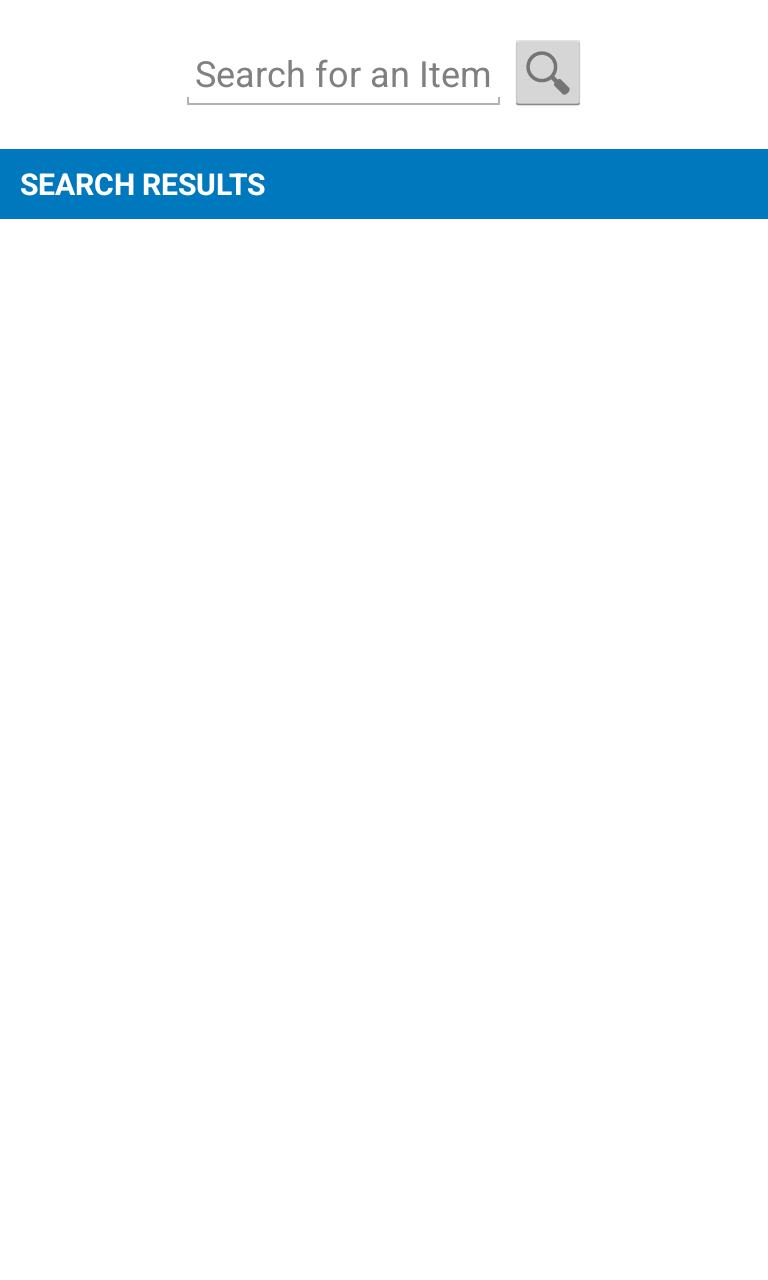
Repository: JieD/nutriy
Layout: NutriY/res/layout/fragment_add.xml
The author's editor kept a copy of each file at every save. The layout is drawn from the files as they stood at one save, then again after the next save.
It is drawn on a 768 x 1280 px phone screen (xhdpi) without system bars, with theme AppTheme; the app's code is not run.

Above is the layout before, as saved 2014-05-15 21:38:46.

### NutriY/res/layout/fragment_add.xml
<?xml version="1.0" encoding="utf-8"?>
<LinearLayout xmlns:android="http://schemas.android.com/apk/res/android"
    android:layout_width="match_parent"
    android:layout_height="match_parent"
    android:orientation="vertical" >

    <LinearLayout
        android:layout_width="wrap_content"
        android:layout_height="wrap_content"
        android:layout_marginTop="@dimen/activity_vertical_margin"
        android:layout_marginBottom="@dimen/small_vertical_margin"
        android:layout_gravity="center_horizontal">

        <EditText
            android:id="@+id/search_item"
            android:layout_width="wrap_content"
            android:layout_height="wrap_content"
            android:layout_weight="3"
            android:hint="@string/item_hint"
            android:inputType="textAutoCorrect"
            android:padding="@dimen/medium_padding" />

        <ImageButton
            android:layout_width="40dp"
            android:layout_height="match_parent"
            android:layout_gravity="center"
            android:layout_weight="1"
            android:src="@drawable/ic_action_search" />

    </LinearLayout>

    <TextView
        android:text="@string/search_results"
        android:textStyle="bold" android:textSize="@dimen/medium_text_size"
        android:textColor="@color/white" android:gravity="center_vertical"
        android:layout_width="match_parent" android:layout_height="@dimen/medium_large_entry_height"
        android:layout_marginTop="10dp" android:background="@color/my_blue"
        android:paddingLeft="@dimen/large_padding" />

</LinearLayout>

### NutriY/res/values/colors.xml
<?xml version="1.0" encoding="utf-8"?>
<resources>
    <color name="white">#FFFFFFFF</color>
    <color name="my_green">#FF00BE00</color>
    <color name="my_red">#FFFF0000</color>
    <color name="my_blue">#FF0078BE</color>

    <color name="light_blue">#FFE1EEFF</color>
    <color name="low_light_gray">#FFFAFAFA</color>
    <color name="mid_light_gray">#FFEEEEEE</color>
    <color name="text_gray">#FFAAAAAA</color>

    <color name="empty_pie_blue">#FF8FCEFF</color>
    <color name="pie_blue">#FF0078BE</color>
    <color name="pie_red">#FFFF4444</color>
    <color name="pie_green">#FF99CC00</color>

    <color name="list_background">#FFEEEEEE</color>
    <color name="list_background_pressed">#FF0078BE</color>
</resources>

### NutriY/res/values/dimens.xml
<resources>

    <!-- Default screen margins, per the Android Design guidelines. -->
    <dimen name="activity_horizontal_margin">16dp</dimen>
    <dimen name="activity_vertical_margin">16dp</dimen>
    <dimen name="small_horizontal_margin">8dp</dimen>
    <dimen name="small_vertical_margin">8dp</dimen>

    <dimen name="small_padding">5dp</dimen>
    <dimen name="medium_padding">8dp</dimen>
    <dimen name="large_padding">10dp</dimen>
    <dimen name="extra_large_padding">12dp</dimen>
    <dimen name="navigation_item_padding">20dp</dimen>

    <dimen name="extra_small_text_size">10sp</dimen>
    <dimen name="small_text_size">12sp</dimen>
    <dimen name="medium_text_size">15sp</dimen>
    <dimen name="medium_large_text_size">18sp</dimen>
    <dimen name="large_text_size">20sp</dimen>
    <dimen name="extra_large_text_size">40sp</dimen>

    <dimen name="large_entry_height">50dp</dimen>
    <dimen name="medium_large_entry_height">35dp</dimen>
    <dimen name="medium_entry_height">30dp</dimen>
    <dimen name="small_entry_height">25dp</dimen>
    <dimen name="table_entry_height">20dp</dimen>

</resources>

### NutriY/res/values/strings.xml
<?xml version="1.0" encoding="utf-8"?>
<resources>

    <string name="app_name">NutriY</string>
    <string name="action_settings">Settings</string>

    <string name="date">Today</string>
    <string name="calories_remaining_number">1200</string>
    <string name="calories_remaining">CALORIES REMAINING</string>
    <string name="add_to_diary">Add to Diary</string>
    <string name="goal_calorie_number">1200</string>
    <string name="food_calorie_number">+ 0</string>
    <string name="exercise_calorie_number">- 0</string>
    <string name="net_calorie_number">0</string>
    <string name="uc_goal">GOAL</string>
    <string name="uc_food">FOOD</string>
    <string name="uc_exercise">EXERCISE</string>
    <string name="uc_net">NET</string>
    <string name="goal">Goal</string>
    <string name="total">Total</string>
    <string name="left">Left</string>
    <string name="daily_summary">DAILY SUMMARY</string>
    <string name="total_fat">Total Fat (g)</string>
    <string name="saturated_fat">Saturated (g)</string>
    <string name="trans_fat">Trans (g)</string>
    <string name="cholesterol">Cholesterol (mg)</string>
    <string name="sodium">Sodium (mg)</string>
    <string name="potassium">Potassium (mg)</string>
    <string name="total_carbs">Total Carbs (g)</string>
    <string name="fiber">Dietary Fiber (g)</string>
    <string name="sugar">Sugars (g)</string>
    <string name="protein">Protein (g)</string>
    <string name="vit_A">Vitamin A</string>
    <string name="vit_C">Vitamin C</string>
    <string name="calcium">Calcium</string>
    <string name="iron">Iron</string>
    <string name="default_number">0</string>

    <string name="meals">MEALS</string>
    <string name="water_upcase">WATER</string>
    <string name="notes">NOTES</string>
    <string name="breakfast">Breakfast</string>
    <string name="lunch">Lunch</string>
    <string name="dinner">Dinner</string>
    <string name="snacks">Snacks</string>
    <string name="cardiovascular">Cardiovascular</string>
    <string name="strength">Strength</string>
    <string name="water">Water</string>
    <string name="food_notes">Food Notes</string>
    <string name="exercise_notes">Exercise Notes</string>

    <!-- Add Entry List Headers -->
    <string-array name="add_entry_list_header_array">
        <item>MEALS</item>
        <item>EXERCISE</item>
        <item>WATER</item>
        <item>NOTES</item>
    </string-array>

    <!-- Add Entry List Meal Items -->
    <string-array name="meal_child_array">
        <item>Breakfast</item>
	    <item>Lunch</item>
	    <item>Dinner</item>
	    <item>Snacks</item>
    </string-array>

    <!-- Add Entry List Exercise Items -->
    <string-array name="exercise_child_array">
        <item>Cardiovascular</item>
	    <item>Strength</item>
    </string-array>

    <!-- Add Entry List Water Items -->
    <string-array name="water_child_array">
        <item>Water</item>
    </string-array>

    <!-- Add Entry List Note Items -->
    <string-array name="note_child_array">
        <item>Food Notes</item>
	    <item>Exercise Notes</item>
    </string-array>

    <!-- Nav Drawer Menu Items -->
    <string-array name="navigations_array">
        <item>Home</item>
        <item>Diary</item>
        <item>Nutrition</item>
        <item>Progress</item>
        <item>Goals</item>
        <item>Settings</item>
    </string-array>

    <!-- Nav Drawer List Item Icons -->
    <!-- Keep them in order as the titles are -->
    <array name="nav_drawer_icons">
        <item>@drawable/ic_menu_home</item>
        <item>@drawable/ic_action_collection</item>
        <item>@drawable/ic_action_data_usage</item>
        <item>@drawable/ic_action_picture</item>
        <item>@drawable/ic_action_good</item>
        <item>@drawable/ic_action_settings</item>
    </array>

    <!-- Content Description -->
    <string name="desc_list_item_icon">Item Icon</string>

    <string name="drawer_open">Slider Menu Opened</string>
    <string name="drawer_close">Slider Menu Closed</string>

    <string name="calorie_breakdown">CALORIE BREAKDOWN</string>
    <string name="Carbohydrates">Carbohydrates</string>
    <string name="Fat">Fat</string>
    <string name="Protein">Protein</string>
    <string name="carbs_goal">50 %</string>
    <string name="fat_goal">30 %</string>
    <string name="protein_goal">20 %</string>

	<string name="item_hint">Search for an Item</string>
	<string name="search_results">SEARCH RESULTS</string>
</resources>

Loaded but not shown: NutriY/res/values/styles.xml (common file); NutriY/res/values-v11/styles.xml (common file); NutriY/res/values-v14/styles.xml (common file)

After the next save:
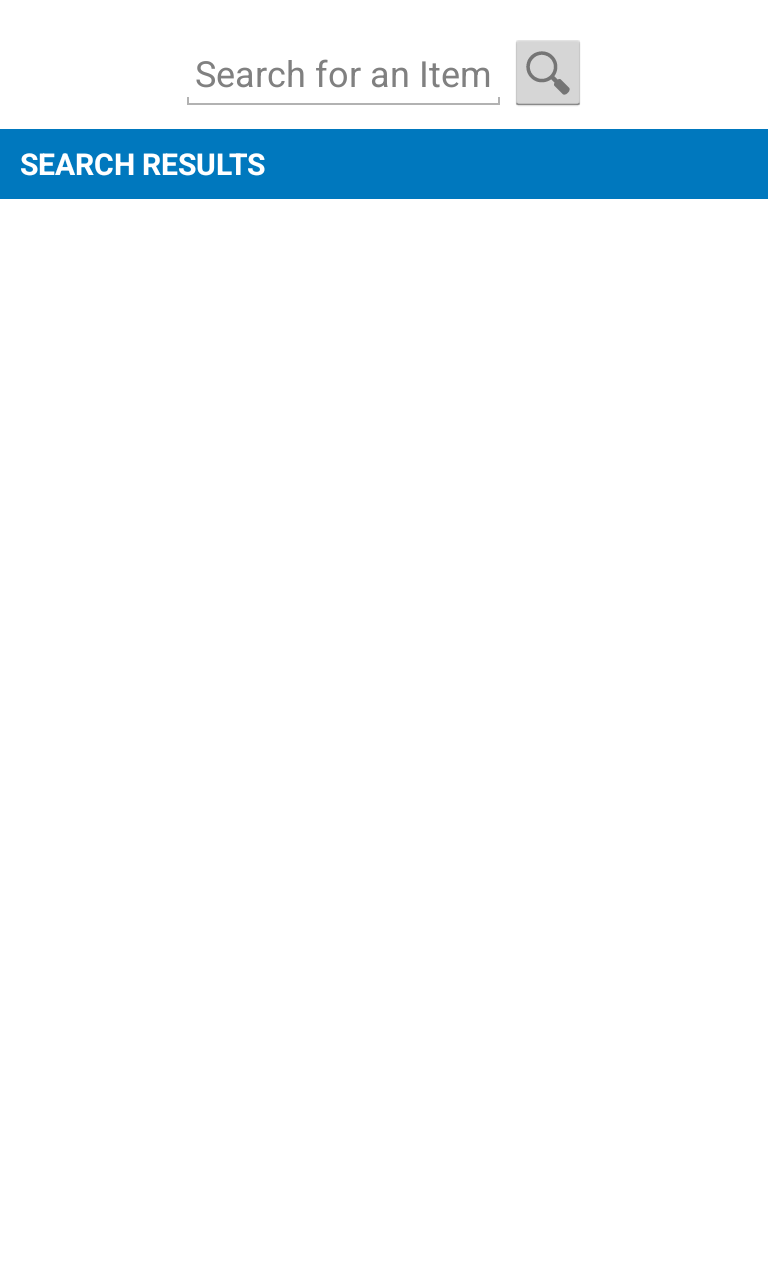
Saved 26 s later.
--- a/NutriY/res/layout/fragment_add.xml
+++ b/NutriY/res/layout/fragment_add.xml
@@ -34,7 +34,7 @@
         android:textStyle="bold" android:textSize="@dimen/medium_text_size"
         android:textColor="@color/white" android:gravity="center_vertical"
         android:layout_width="match_parent" android:layout_height="@dimen/medium_large_entry_height"
-        android:layout_marginTop="10dp" android:background="@color/my_blue"
+        android:background="@color/my_blue"
         android:paddingLeft="@dimen/large_padding" />
 
 </LinearLayout>
